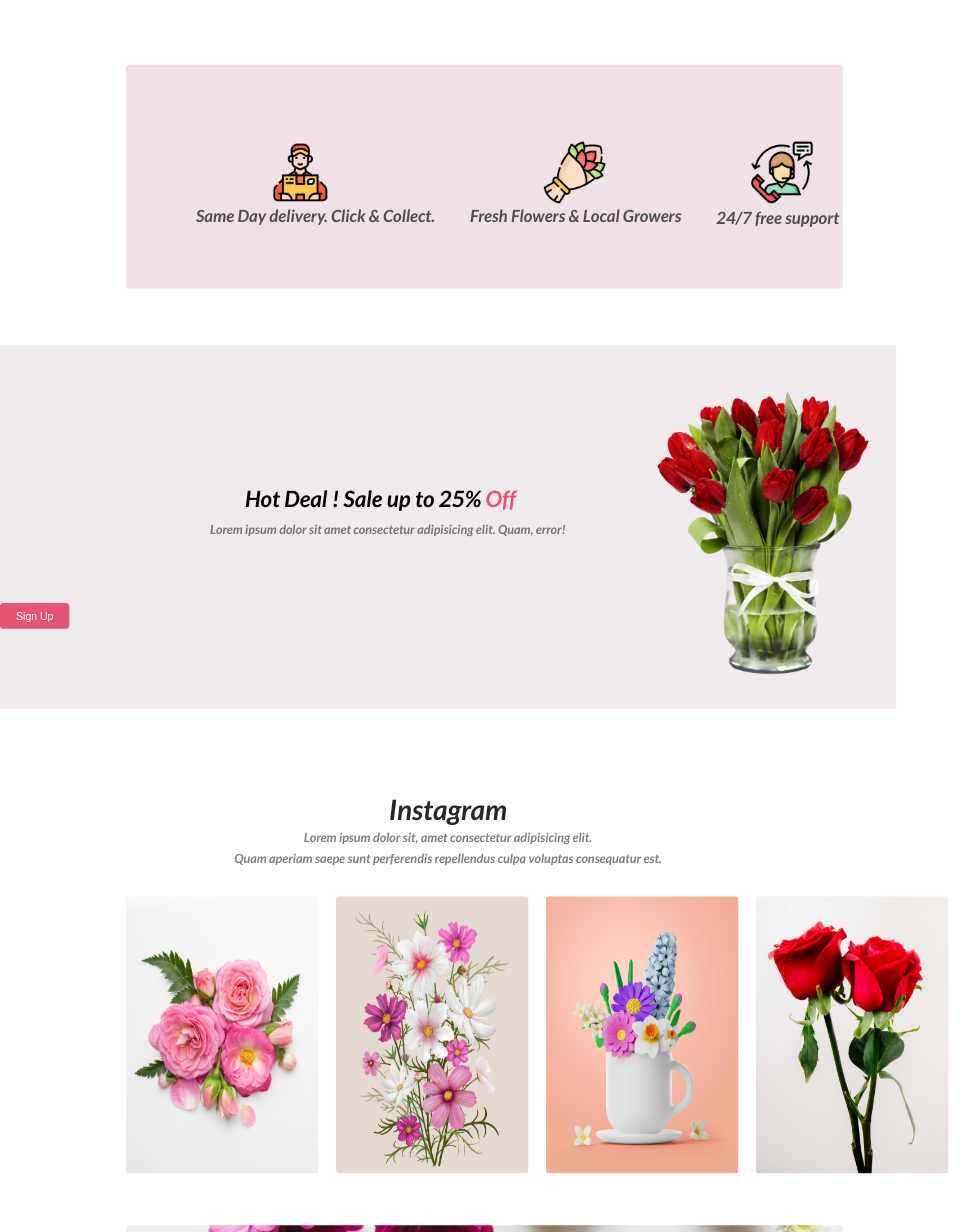
Repository: AnitaAkter/anita-flower-shop
Page: index.html
These files come from the project's save history. The page is drawn as it stood at one moment and after a run of saves; the edit follows.
The browser window is 1280 px wide. The page is 1393 px wide, so the pictures cover 1393 px, including what lies to the right of the window. The pictures show the part of the page from y = 1695 to 3455 px (the page is 3766 px tall), at 70% of full size.

Above is the page before, as saved 2023-09-06 20:36:42.

### index.html
<!DOCTYPE html>
<html lang="en">

<head>
    <meta charset="UTF-8">
    <meta http-equiv="X-UA-Compatible" content="IE=edge">
    <meta name="viewport" content="width=device-width, initial-scale=1.0">
    <title>Anita's Flower Shop</title>
    <link rel="preconnect" href="https://fonts.googleapis.com">
    <link rel="preconnect" href="https://fonts.gstatic.com" crossorigin>
    <link href="https://fonts.googleapis.com/css2?family=Lato:ital,wght@1,700&display=swap" rel="stylesheet">
    <link rel="stylesheet" href="style.css">
</head>

<body>
    <div>
        <!-- /* Header -section start */ -->
        <header>
            <div class="header-intro">
                <h1>Let's make <br> beautiful Flowers a <br>part of your Life.</h1>
                <div class="header-p">
                    <p>Lorem ipsum dolor sit amet consectetur adipisicing elit. Vitae fugit dolorum deleniti, quae ea
                        error
                        iste rerum mollitia animi architecto. Distinctio voluptates doloribus commodi ipsum unde facere
                        assumenda corrupti cum!</p>
                </div>
                <button class="header-btn">Shop Now</button>
            </div>
            <div class="header-pic">
                <img src="images/pngwing 6.png" alt="">
            </div>
        </header>
        <!-- /* Header -section end */ -->
        <main>
            <div class="flowers-info">
                <h3>Our Featured Flowers</h3>
                <p>Lorem ipsum dolor sit, amet consectetur adipisicing elit. <br>
                    Quam aperiam saepe sunt perferendis repellendus culpa voluptas consequatur est.
                </p>
            </div>
            <div class="flowers-add">
                <div class="flowers-img">
                    <div class="flowers">
                        <img src="images/pngwing 6.png" alt="">
                        <p> <u>Pink Flower Tree</u> </p>
                    </div>
                    <div class="flowers">
                        <img src="images/pngwing 5.png" alt="">
                        <p><u>Pink Flower Tree</u></p>
                    </div>
                    <div class="flowers">
                        <img src="images/pngwing 7.png" alt="">
                        <p><u>Pink Flower Tree</u></p>
                    </div>

                </div>
            </div>






            <!-- Delivery section start -->
            <div class="delivery">
                <div class="delivery-img">
                    <div class="d-img">
                        <img src="images/Group 57.png" alt="">
                        <p>Same Day delivery. Click & Collect.</p>
                    </div>
                    <div class="d-img">
                        <img src="images/Group 58.png" alt="">
                        <p>Fresh Flowers & Local Growers</p>
                    </div>
                    <div>
                        <img src="images/Group 59.png" alt="">
                        <p>24/7 free support</p>
                    </div>
                </div>
            </div>
            <!-- Delivery section end -->

            <div class="add-sec">
                <div class="add-info">
                    <h1>Hot Deal ! Sale up to 25% <span class="text-primary">Off</span></h1>
                    <p class="header-p">Lorem ipsum dolor sit amet consectetur adipisicing elit. Quam, error!</p>
                    <div class="add-btnv" >
                        <button class="add-btn">Sign Up</button>
                    </div>
                </div>
                <div class="add-img">
                    <img src="images/pngwing 8.png" alt="">
                </div>
            </div>
















            <div class="flowers-info">
                <h3>Instagram</h3>
                <p>Lorem ipsum dolor sit, amet consectetur adipisicing elit. <br>
                    Quam aperiam saepe sunt perferendis repellendus culpa voluptas consequatur est.
                </p>
            </div>
            <div class="insta-img">
                <img src="images/Flower 01.png" alt="">
                <img src="images/Rectangle 4.png" alt="">
                <img src="images/Rectangle 5.png" alt="">
                <img src="images/Rectangle 6.png" alt="">
            </div>
        </main>
        <footer>
            <div class="footer-column">
                <div class="footer-title">
                    <h2 class="f">Get the latest Deals</h2>
                    <p>$30 coupon for first shopping</p>
                </div>
                <div class="form">
                    <form action=""><input class="input-form" type="text" placeholder="       Enter Your email Here">
                    </form>
                    <button class="header-btn">Subscribe</button>
                </div>

            </div>
        </footer>

    </div>
</body>

</html>

### style.css
/* Header -section start */

* {
    margin: 0;
    padding: 0;
    box-sizing: border-box;
}

body {
    font-family: 'Lato', sans-serif;
    font-weight: 900;
    width: 100%;
}

header {
    display: flex;
    background-color: hsl(342, 34%, 89%);
    width: 100%;
    height: 800px;
}

.header-intro {
    margin-top: 80px;
    margin-left: 50px;
    width: 708px;
    height: 506px;


}

.header-intro h1 {
    color: #272727;
    text-shadow: 0px 4px 4px rgba(0, 0, 0, 0.25);
    font-family: Lato;
    font-size: 80px;
    font-style: normal;
    font-weight: 800;
    line-height: normal;
    width: 708px;
    height: 310px;


}

.header-p {
    color: rgba(39, 39, 39, 0.60);
    font-family: Lato;
    font-size: 18px;
    font-style: normal;
    font-weight: 400;
    line-height: 30px;
    width: 634px;
    height: 120px;
    gap: 32px;



    /* 166.667% */
}

.header-btn {
    background-color: #E55473;
    border-radius: 5px;
    border: none;
    color: white;
    font-size: 15px;
    display: inline-flex;
    padding: 20px 43px;
    align-items: flex-start;
    gap: 10px;

}

.header-pic {
    width: 635px;
    height: 800px;
    margin-bottom: 0%;
    margin-right: auto;

}


.header-pic img {
    width: 635px;
    height: 800px;
    margin-bottom: 0%;
}

/* Header -section end */



/* flowers info styles */
.flowers-info {
    margin-top: 120px;
}

.flowers-info h3 {
    color: #272727;
    text-align: center;
    font-family: Lato;
    font-size: 40px;
    font-style: normal;
    font-weight: 800;
    line-height: normal;
}

.flowers-info p {
    color: rgba(39, 39, 39, 0.60);
    text-align: center;
    font-family: Lato;
    font-size: 18px;
    font-style: normal;
    font-weight: 400;
    line-height: 30px;
    /* 166.667% */
}


.flowers-add {
    margin-top: 80px;
    align-items: center;
    margin-bottom: 200px;
    margin-left: 180px;
    margin-right: 140px;
    width: 80%;
    height: 480px;
    gap: 54px;


}

.flowers-img {
    display: flex;
    align-items: center;
    gap: 50px;
    width: 464px;
    height: 538px;



}

.flowers-img img {

    background-image: url('/images/Rectangle\ 3\ \(1\).png');
    background-position: center;
    border-radius: 300px 300px 0px 0px;
    background: rgba(139, 24, 81, 0.15);
    height: 408px;
    width: 464px;
}

.flowers-img p {
    color: rgba(0, 0, 0, 0.951);

    font-family: Lato;
    font-size: 24px;
    font-style: normal;
    font-weight: 600;
    line-height: 35px;
    margin-left: 133px;
}

.flowers {

    width: 310px;
    height: 428px;
    justify-content: space-between;
    gap: 40px;



}






/* delivery section start */
.delivery {
    margin-top: 100px;
    margin-left: 180px;
    margin-right: 140px;
    background-color: #efe1e4;
    display: flex;
    width: 80%;
    height: 320px;
    border-radius: 5px;
    padding: 30px;
}

.delivery-img p {
    color: rgba(39, 39, 39, 0.80);

    font-family: Lato;
    font-size: 24px;
    font-style: normal;
    font-weight: 600;
    line-height: 35px;
    margin-left: -50px;


}

.delivery-img {
    display: inline-flex;
    margin-top: 80px;
    margin-left: 120px;
    gap: 100px;
    height: 30px;
    align-content: center;
    position: absolute;

}

.d-img img {
    display: grid;
    justify-content: center;
    margin-left: 55px;

}

/* delivery section end */

.text-primary {
    color: #E55473;
}

.add-sec {
    margin-top: 80px;
    width: 100%;
    height: 520px;
    background-color: #f1eaec;
    display: inline-flex;
}

.add-info h1 {
    margin-top: 200px;
    margin-left: 350px;
}

.add-info p {
    margin-top: 10px;
    margin-left: 300px;

}

.add-btnv{

}

.add-btn {
    background-color: #E55473;
    border-radius: 5px;
    border: none;
    color: white;
    font-size: 15px;

    padding: 10px 23px;


}

.add-img {
    width: 218px;
    height: 110px;
    position: center;
    margin-top: 60px;
}




.insta-img {
    display: flex;
    margin-top: 40px;
    gap: 25px;
    margin-left: 180px;
    margin-right: 140px;
    height: 320px;
    width: 70%;
}

.insta-img img {
    width: 275px;
    height: 396px;
    border-radius: 5px;
}


.footer-column {
    background-image: url('images/Rectangle\ 9.png');
    margin-top: 150px;
    width: 80%;
    height: 320px;
    border-radius: 3px;
    margin-left: 180px;
    margin-right: 140px;
}



.footer-title {
    text-align: center;
    padding-top: 80px;
    align-items: center;

}



.footer-title p {
    color: rgb(91, 87, 87);
    padding-top: 10px;
}

.form {
    display: flex;
    margin-left: 287px;
    gap: 50px;
    padding-top: 40px;

}

.input-form {
    width: 550px;
    height: 60px;
    border-radius: 3px;
    border: none;
}

After the next 2 saves:
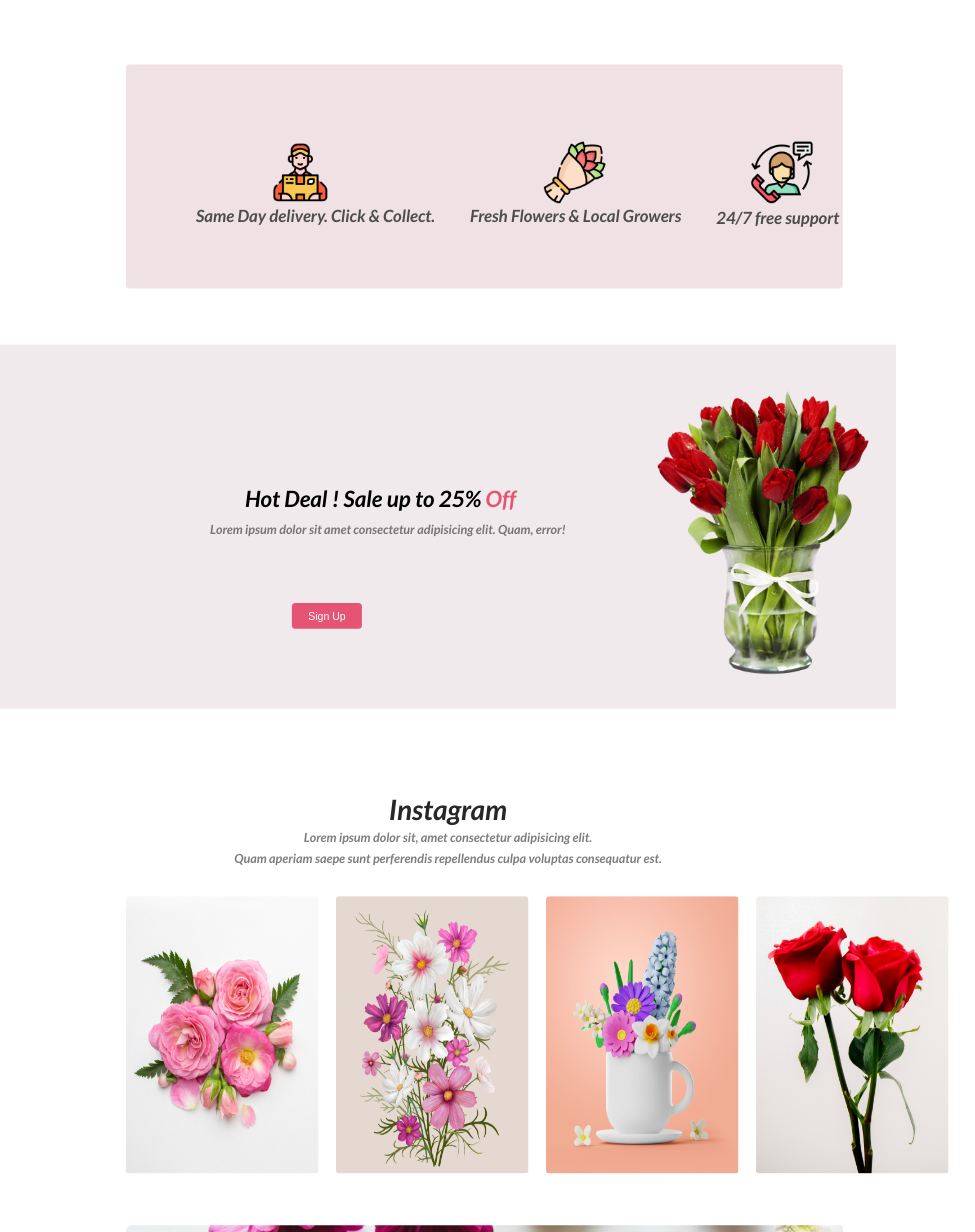
The 2 saves are shown as one change because they came seconds apart.
The last was saved 12 s later.
--- a/style.css
+++ b/style.css
@@ -247,8 +247,9 @@ header {
 
 }
 
-.add-btnv{
-
+.add-btnv {
+    text-align: center;
+    justify-content: center;
 }
 
 .add-btn {
